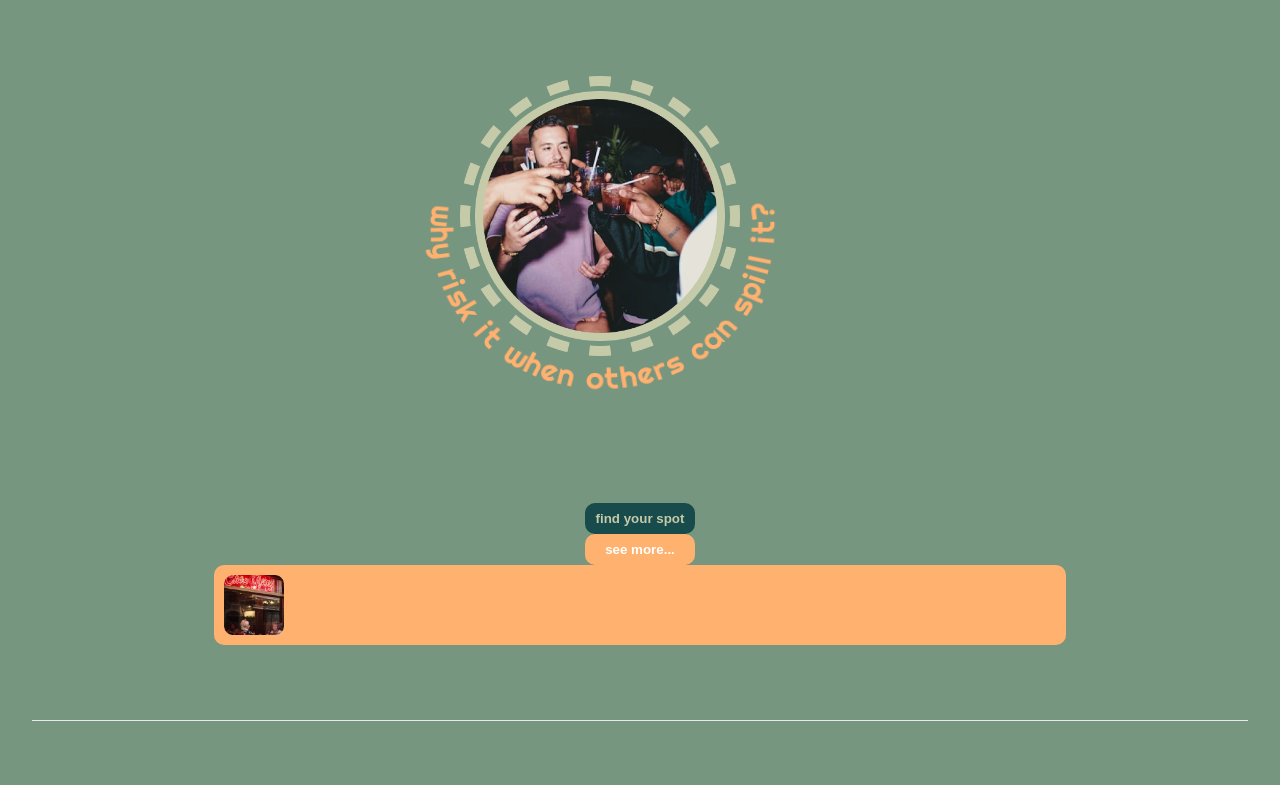
Repository: shaelorch/spillit
Page: /
These files come from the project's save history. The page is drawn as it stood at one moment and after the next save; the edit follows.
The browser window is 1280 px wide. The pictures show the whole page.
The project was rebuilt for these pictures with package versions that can differ from the ones it lists, and the page was loaded fresh each time. The framework's server and built-in components were replaced by stand-ins that run in the browser. Also part of the build but not shown: next.config.js.

Above is the page before, as saved 2023-02-09 16:15:41.

### pages/index.js
import Head from 'next/head'
import Image from 'next/image'
import HeroCont from '../components/HeroCont'
import styles from '../styles/Home.module.css'
import Button from '../components/Button'
import SubButton from '../components/SubButton'
import RevCard from '../components/reviewCard'


export default function Home() {
  return (
    <div className={styles.container}>
      <Head>
        <title>Create Next App</title>
        <meta name="description" content="Generated by create next app" />
        <link rel="icon" href="/favicon.ico" />
      </Head>

      <main className={styles.main}>
        <HeroCont/>
        <Button/>
        <SubButton bttntxt='see more...'/>
        <RevCard/>

      </main>

      <footer className={styles.footer}>

      </footer>
    </div>
  )
}

### components/HeroCont.js
import react from "react";
import { motion } from 'framer-motion';

export default function HeroCont() {



    return (<div style={{justifyContent:'center'}}>

        <img src="dotted.png" style={{display:'flex', position:'relative', width:280, height:280}}/>
        <img src="heropic.png" style={{display:'flex', width:250, height:250, position:'absolute', marginTop:-265, marginLeft:15, }}/>

            <img src="wordcircle.png" style={{width:435, height:405, marginTop:-262, marginLeft:-75, animation:'rotation 2s infinite linear' }}/>

    </div>

    )
}

### styles/Home.module.css
.container {
  padding: 0 2rem;
  background-color: #779680;
}

.rotate {

  width:358;
  height:195;
  margin-top:-160;
  margin-Left:-40;
  animation:rotation 2s infinite linear;
}

.main {
  min-height: 100vh;
  padding: 4rem 0;
  flex: 1;
  display: flex;
  flex-direction: column;
  justify-content: center;
  align-items: center;

}

.footer {
  display: flex;
  flex: 1;
  padding: 2rem 0;
  border-top: 1px solid #eaeaea;
  justify-content: center;
  align-items: center;
}

.footer a {
  display: flex;
  justify-content: center;
  align-items: center;
  flex-grow: 1;
}

.title a {
  color: #0070f3;
  text-decoration: none;
}

.title a:hover,
.title a:focus,
.title a:active {
  text-decoration: underline;
}

.title {
  margin: 0;
  line-height: 1.15;
  font-size: 4rem;
}

.title,
.description {
  text-align: center;
}

.description {
  margin: 4rem 0;
  line-height: 1.5;
  font-size: 1.5rem;
}

.code {
  background: #fafafa;
  border-radius: 5px;
  padding: 0.75rem;
  font-size: 1.1rem;
  font-family: Menlo, Monaco, Lucida Console, Liberation Mono, DejaVu Sans Mono,
    Bitstream Vera Sans Mono, Courier New, monospace;
}

.grid {
  display: flex;
  align-items: center;
  justify-content: center;
  flex-wrap: wrap;
  max-width: 800px;
}

.card {
  margin: 1rem;
  padding: 1.5rem;
  text-align: left;
  color: inherit;
  text-decoration: none;
  border: 1px solid #eaeaea;
  border-radius: 10px;
  transition: color 0.15s ease, border-color 0.15s ease;
  max-width: 300px;
}

.card:hover,
.card:focus,
.card:active {
  color: #0070f3;
  border-color: #0070f3;
}

.card h2 {
  margin: 0 0 1rem 0;
  font-size: 1.5rem;
}

.card p {
  margin: 0;
  font-size: 1.25rem;
  line-height: 1.5;
}

.logo {
  height: 1em;
  margin-left: 0.5rem;
}

@media (max-width: 600px) {
  .grid {
    width: 100%;
    flex-direction: column;
  }
}

@media (prefers-color-scheme: dark) {
  .card,
  .footer {
    border-color: #222;
  }
  .code {
    background: #111;
  }
  .logo img {
    filter: invert(1);
  }
}

### components/Button.js

export default function Button({
    bttntxt="find your spot",
    color="#C5CAA9"
}) {

    return(
        <button style={{display:'flex',
         backgroundColor:'#184B4B',
          borderRadius:10, width:110,
           justifyContent:'center'
           , padding:8, alignContent:'center',
            color:'#C5CAA9', fontWeight:'bold',
            border:'transparent'}}>{bttntxt}</button>
    )
}

### components/SubButton.js

export default function SubButton({
    bttntxt="find your spot",

}) {

    return(
        <button style={{display:'flex',
         backgroundColor:'#FFB16F',
          borderRadius:10, width:110,
           justifyContent:'center'
           , padding:8, alignContent:'center',
            color:'white', fontWeight:'bold',
            border:'transparent'}}>{bttntxt}</button>
    )
}

### components/reviewCard.js



export default function RevCard() {

    return (<div style={{display:'flex', width:"70%", height:80, backgroundColor:'#FFB16F', borderRadius:10}}>

        <div>
            <img  style={{display:'flex', width:60, height:60, marginTop:10, marginLeft:10}} src="place.png"/>
        </div>



    </div>

    )
}

Loaded but not shown: pages/_app.js (common file); styles/globals.css (common file)

After the next save:
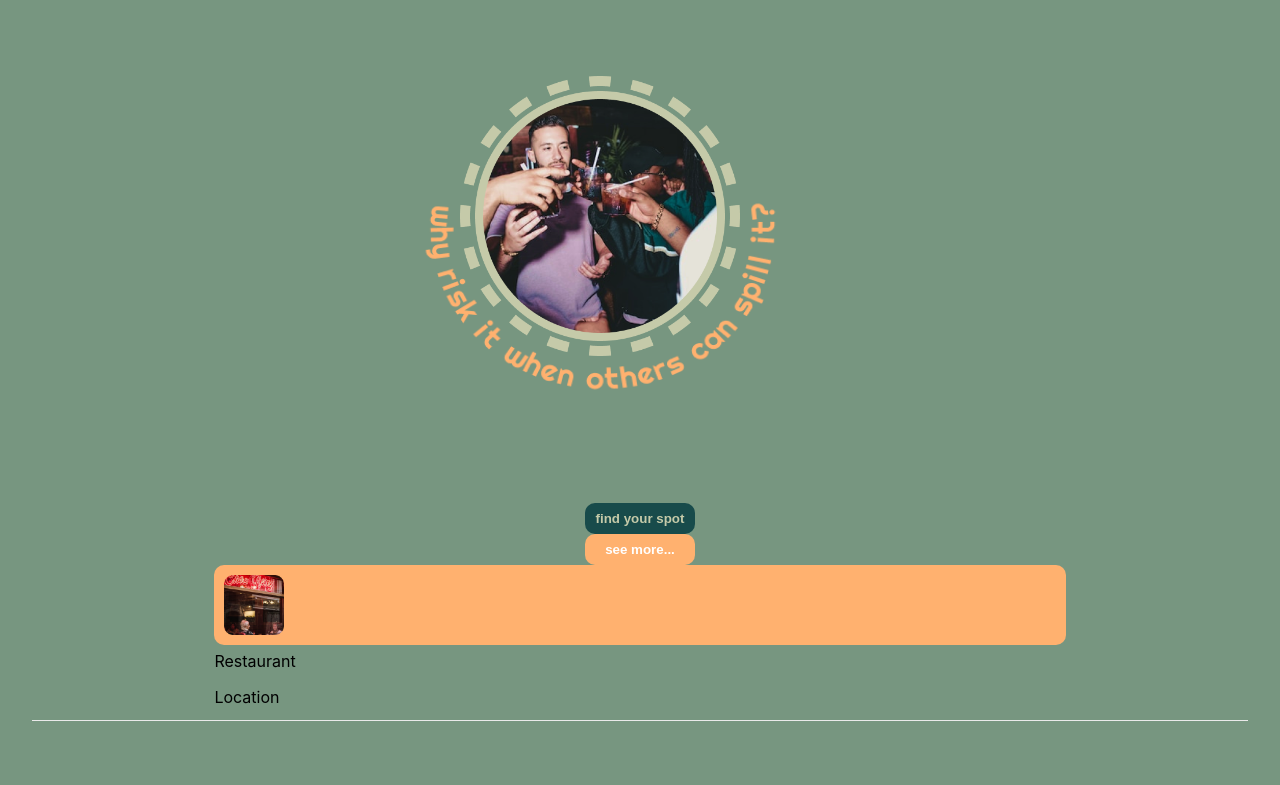
Saved 27 s later.
--- a/components/reviewCard.js
+++ b/components/reviewCard.js
@@ -7,6 +7,8 @@
 
         <div>
             <img  style={{display:'flex', width:60, height:60, marginTop:10, marginLeft:10}} src="place.png"/>
+            <p>Restaurant</p>
+            <p>Location</p>
         </div>
 
 
